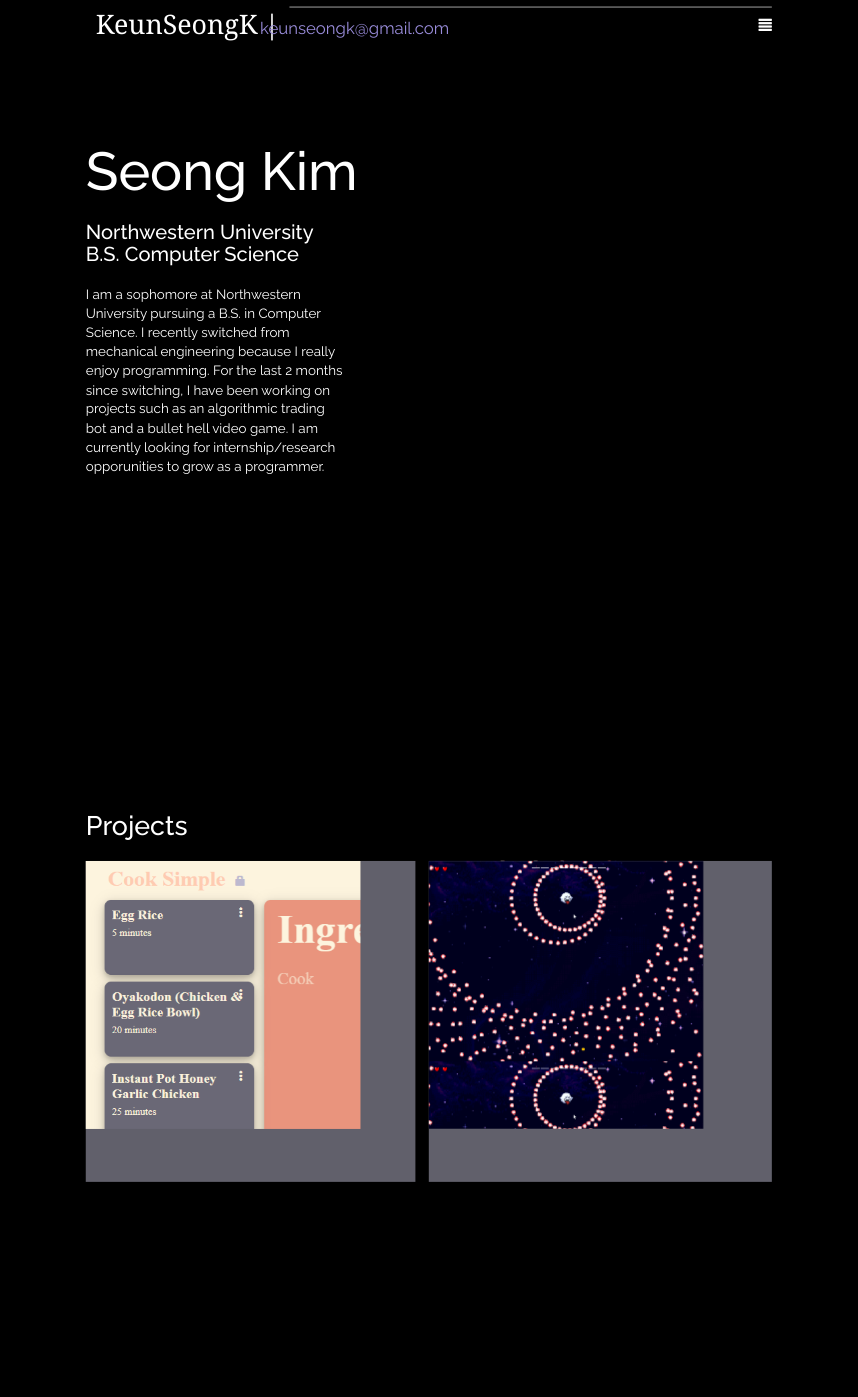
Repository: oqueuo/personal-site
Page: index.html
An editor plug-in stored every save of this project. The page is shown before and after the next save, followed by the edit.
The browser window is 1280 px wide. The pictures show the whole page, at 67% of full size.

Above is the page before, as saved 2020-09-21 18:08:45.

After the next save:
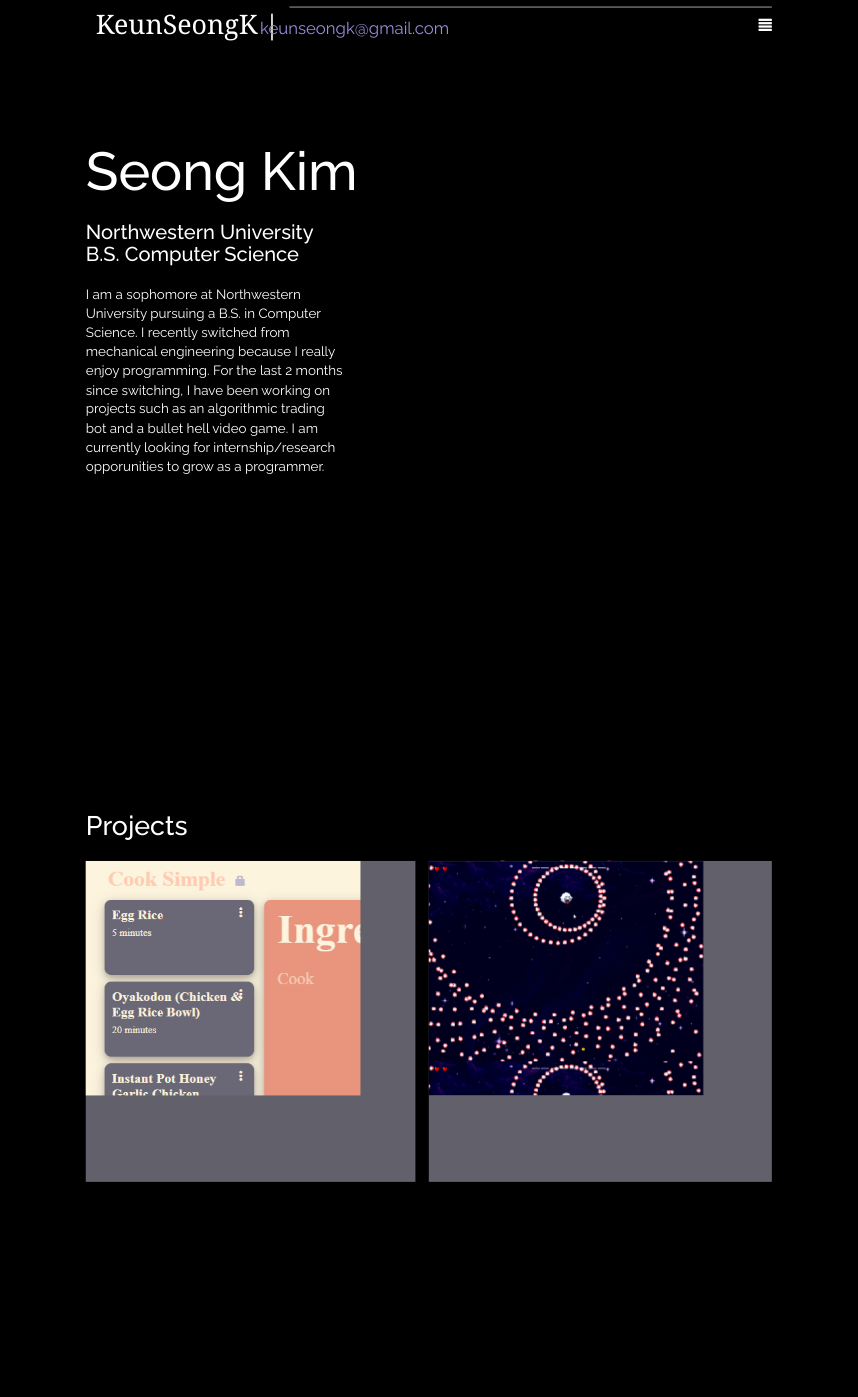
Saved 5 s later.
--- a/styles.css
+++ b/styles.css
@@ -124,7 +124,7 @@ ul a:active, #email:active, .more-info-on-github:active {
 }
 .project-card-content {
     width: 80%;
-    height: 80%;
+    height: 70%;
     position: absolute;
     background-size: auto;
 
